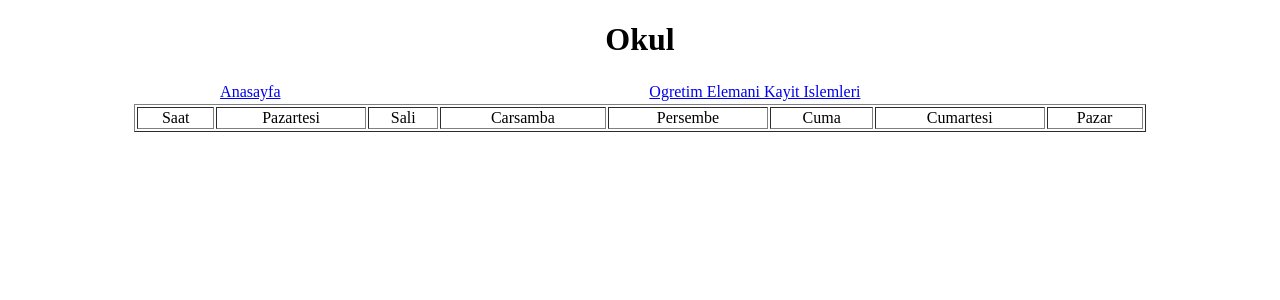
Repository: Egemen-ve-Burakhan-internet-final/final
Page: http://localhost/ogretim/
These files come from the project's save history. The page is drawn as it stood at one moment and after the next save; the edit follows.
The browser window is 1280 px wide. The pictures show the whole page.
The page is served by Tomcat 9. Queries for data that is not in the repository find no rows.

Above is the page before, as saved 2020-05-30 13:01:19.

After the next save:
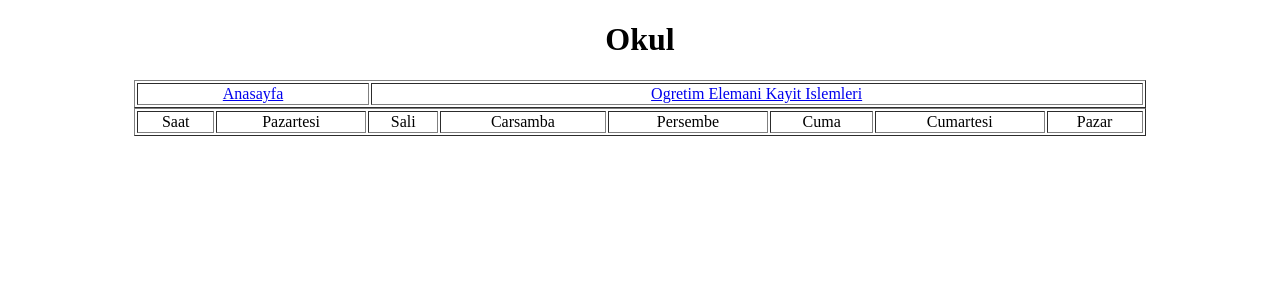
Saved 68 s later.
--- a/okul/ogretim/WebContent/index.jsp
+++ b/okul/ogretim/WebContent/index.jsp
@@ -74,7 +74,7 @@
 				</div>
 
 				<div>
-					<table width="80%" align= center>
+					<table border=1px; width="80%" align= center>
 						<tr>
 							<td style="text-align:center"><a href="index.jsp">Anasayfa</a></td>
 							<td style="text-align:center"><a href="ogretmen_kayit.jsp">Ogretim Elemani Kayit Islemleri</a></td>
